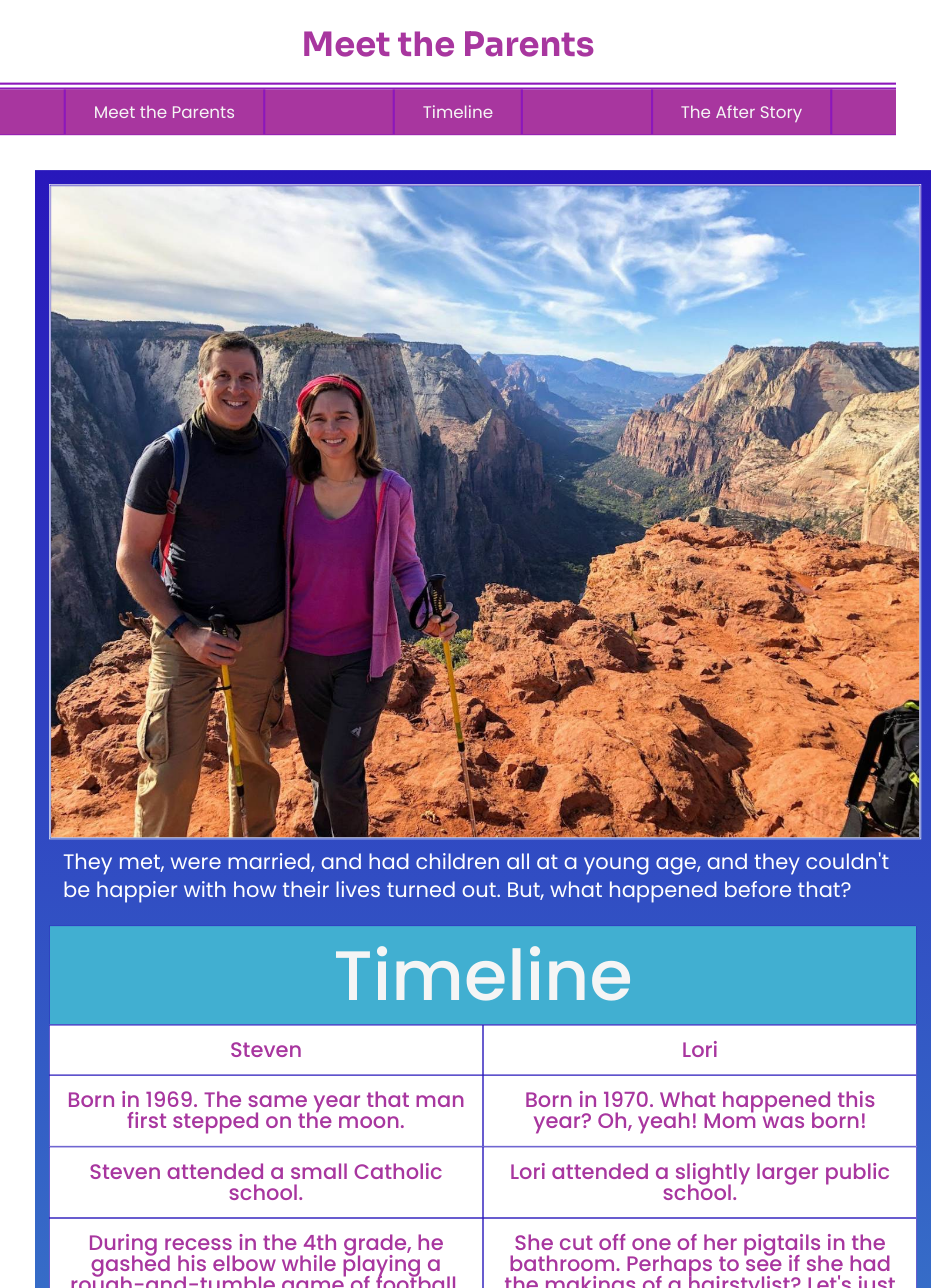
Repository: Sbethm/parents-tribute
Page: timeline.html
An editor plug-in stored every save of this project. The page is shown before and after a run of saves, followed by the edit.
The browser window is 1280 px wide. The page is 1330 px wide, so the pictures cover 1330 px, including what lies to the right of the window. The pictures show the part of the page from y = 0 to 1840 px (the page is 3088 px tall), at 70% of full size.

Above is the page before, as saved 2021-02-15 09:45:44.

### timeline.html
<!DOCTYPE html>
<html>
    <head>
      <meta charset="UTF-8">
      <title>Meet the Parents</title>
      <meta name="description" content="A choose your own story adventure game">
      <meta name="viewport" content="width=device-width, initial-scale=1.0">
      <link rel="preconnect" href="https://fonts.gstatic.com">
      <link href="https://fonts.googleapis.com/css2?family=Poppins:ital,wght@0,400;0,500;0,600;0,700;0,800;0,900;1,400;1,500;1,600;1,700;1,800;1,900&family=Sora:wght@400;500;600;700;800&display=swap" rel="stylesheet"> <!--
        This is used for headings:
        font-family: 'Sora', sans-serif;
        This is used for content:
        font-family: 'Poppins', sans-serif;-->
      <link href="style.css" type="text/css" rel="stylesheet">
    </head>

    <body>

      <header>
        <h1>Meet the Parents</h1>
        <nav class="navigation">
          <a href="index.html">Meet the Parents</a>
          <a href="timeline.html">Timeline</a>
          <a href="aftermarriage.html">The After Story</a>
          </nav>
      </header>
      <main>
        <section>
            <img class="img-hiking"src="img/hiking.jpg" alt="Mom and dad enjoying a hike.">
            <p>They met, were married, and had children all at a young age, and they couldn't be happier with how their lives turned out. But, what happened before that?</p>
        </section>
        <div class="grid">
            <div class="grid-box tl">Timeline</div>
            <div class="grid-box dad">Steven</div>
            <div class="grid-box mom">Lori</div>
            <!---------Dad's Grid Boxes---------->
            <div class="grid-box f-1">Born in 1969. The same year that man  first stepped on the moon.</div>
            <div class="grid-box f-2">Steven attended a small Catholic school.</div>
            <div class="grid-box f-3">During recess in the 4th grade, he gashed his elbow while playing a rough-and-tumble game of football. This resulted in four stitches (for a nine year old that’s a lot of stitches!)</div>
            <div class="grid-box f-4">When he was thirteen, he camped in the backyard and stayed up all night.</div>
            <div class="grid-box f-5">He ran his first high school track meet, the 100 yard dash, and won third place. For the first track meet, that's not too shabby!</div>
            <div class="grid-box f-6">He was in a car accident, "not his fault", which lead to more stitches but this time in his forehead. Because of this, he had to sit out his senior year homecoming football game.</div>
            <div class="grid-box f-7">Having the lead role as Jesus during my high school senior year. It was the first annual Easter Passion play the school performed.</div>
            <div class="grid-box f-8">I remember a dream I had where I met a beautiful girl, at a homecoming dance, who I eventually married and we had two terrific kids who eventually married and gave me two more kids to enjoy time with.</div>
            <!---------Mom's Grid Boxes---------->
            <div class="grid-box m-1">Born in 1970. What happened this year? Oh, yeah! Mom was born!</div>
            <div class="grid-box m-2">Lori attended a slightly larger public school.</div>
            <div class="grid-box m-3">She cut off one of her pigtails in the bathroom. Perhaps to see if she had the makings of a hairstylist? Let's just say, this career path ended here.</div>
            <div class="grid-box m-4">She had skied half of a bunny slope when she realized this daredevil sport wasn't for her.</div>
            <div class="grid-box m-5">She performed the lead role in a junior high school play.</div>
            <div class="grid-box m-6">After a white knuckled horse ride in the Appalachians, she discovered that she was not meant to lead a life of adventure</div>
            <div class="grid-box m-7">made camps with her cousins in the Ritchie woods.</div>
            <div class="grid-box m-8">made camps with her cousins in the Ritchie woods.</div>
            <!--------After They Met Boxes------->
            <div class="grid-box fm-1">Met in ____ when Steven was 21 and Lori was 19 years old.</div>
            <div class="grid-box fm-2">At the age of 21, Lori gave birth to Sarah (me!).</div>
            <div class="grid-box fm-3">One year later (obviously not satisfied with their first child) Lori and Steven had their second child, a son named John.</div>
        </div>
      </main>
      <footer>
        <img class="icon" src="img/profile_icon.png" alt="profile icon">
        Sarah Moosa
        <br><br>
        <img class="icon" src="img/home_icon.png" alt="home icon">
        Meet the Parents
      </footer>
    </body>

</html>

### style.css
/*
html5doctor.com Reset Stylesheet
v1.6.1
Last Updated: 2010-09-17
Author: Richard Clark - http://richclarkdesign.com
Twitter: @rich_clark
*/

html, body, div, span, object, iframe,
h1, h2, h3, h4, h5, h6, p, blockquote, pre,
abbr, address, cite, code,
del, dfn, em, img, ins, kbd, q, samp,
small, strong, sub, sup, var,
b, i,
dl, dt, dd, ol, ul, li,
fieldset, form, label, legend,
table, caption, tbody, tfoot, thead, tr, th, td,
article, aside, canvas, details, figcaption, figure,
footer, header, hgroup, menu, nav, section, summary,
time, mark, audio, video {
    margin:0;
    padding:0;
    border:0;
    outline:0;
    font-size:100%;
    vertical-align:baseline;
    background:transparent;
}

body {
    line-height:1;
}

article,aside,details,figcaption,figure,
footer,header,hgroup,menu,nav,section {
    display:block;
}

nav ul {
    list-style:none;
}

blockquote, q {
    quotes:none;
}

blockquote:before, blockquote:after,
q:before, q:after {
    content:'';
    content:none;
}

a {
    margin:0;
    padding:0;
    font-size:100%;
    vertical-align:baseline;
    background:transparent;
}

/* change colours to suit your needs */
ins {
    background-color:#ff9;
    color:#000;
    text-decoration:none;
}

/* change colours to suit your needs */
mark {
    background-color:#ff9;
    color:#000;
    font-style:italic;
    font-weight:bold;
}

del {
    text-decoration: line-through;
}

abbr[title], dfn[title] {
    border-bottom:1px dotted;
    cursor:help;
}

table {
    border-collapse:collapse;
    border-spacing:0;
}

/* change border colour to suit your needs */
hr {
    display:block;
    height:1px;
    border:0;
    border-top:1px solid #cccccc;
    margin:1em 0;
    padding:0;
}

input, select {
    vertical-align:middle;
}

/* MY CODE BELOW */

body {
    width: 100vw;
    position: absolute;
}

main {
    width: calc(100vw - 40px);
    height: 100%;
    padding: 20px 20px;
    background-color: rgb(255, 255, 255);
}

header {
    width: 100vw;
    padding-top: 40px;
    color: rgb(168, 54, 159);
    background-color: rgb(255, 255, 255);
    display: flex;
    flex-direction: column;
    justify-content: center;
}

h1 {
    width: 100%;
    font-family: 'Sora', sans-serif;
    font-size: 3em;
    font-weight: 700;
    text-align: center;
    border-bottom: double 10px rgb(140, 23, 187);
    padding-bottom: 30px;
}

.navigation {
    width: 100%;
    background-color: rgb(168, 54, 159);
    text-align: center;
    border-bottom: solid 1px rgb(140, 23, 187);
    display: flex;
    flex-direction: row;
    justify-content: space-around;
}

a {
    padding: 20px 7px;
    background-color: rgb(168, 54, 159);
    font-family: 'Poppins', sans-serif;
    font-size: 1em;
    color: whitesmoke;
    text-decoration: none;
    border-left: solid 1px rgb(140, 23, 187);
    border-right: solid 1px rgb(140, 23, 187);
}

a:hover {
    background-color: wheat;
}

section {
    width: 100%;
    background-color: rgb(65, 175, 209);
    border: solid 1px rgb(40, 23, 187);
}

h2 {
    max-width: 100%;
    padding: 10px 20px;
    font-family: 'Sora', sans-serif;
    font-size: 1.5em;
    font-weight: 600;
    color: rgb(168, 54, 159);
}

.disney-adventure__img,
.img-sitting,
.img-hiking {
    max-width: 100%;
    height: auto;
    justify-content: center;
    align-content: center;
    border-top: solid 3px whitesmoke;
    border-bottom: solid 3px whitesmoke;
}

p {
    padding: 10px 20px;
    font-family: 'Poppins', sans-serif;
    font-size: 1em;
    line-height: 20px;
    color: rgb(255, 255, 255);
}

.grid {
    display: grid;
    margin: 20px 0;
    grid-template-columns: 1fr 1fr;
    grid-template-rows: repeat(13, fit-content);
    grid-template-areas:
        "tl tl"
        "dad mom"
        "f-1 m-1"
        "f-2 m-2"
        "f-3 m-3"
        "f-4 m-4"
        "f-5 m-5"
        "f-6 m-6"
        "f-7 m-7"
        "f-8 m-8"
        "fm-1 fm-1"
        "fm-2 fm-2"
        "fm-3 fm-3";
}

.grid-box {
    border: solid 1px rgb(40, 23, 187);
    background-color: rgb(255, 255, 255);
    padding: 5px;
    color: rgb(168, 54, 159);
    text-align: center;
    font-family: 'Poppins', sans-serif;
    font-weight: 500;
    font-size: 1em;
}

.tl {
    grid-area: tl;
    font-size: 1.5em;
    font-weight: 500;
    color: whitesmoke;
    background-color: rgb(65, 175, 209);
}
.dad {
    grid-area: dad;
}

.mom {
    grid-area: mom;
}

.f-1 {
    grid-area: f-1;
}

.f-2 {
    grid-area: f-2;

}

.f-3 {
    grid-area: f-3;

}

.f-4 {
    grid-area: f-4;

}

.f-5 {
    grid-area: f-5;

}

.f-6 {
    grid-area: f-6;

}

.f-7 {
    grid-area: f-7;

}

.f-8 {
    grid-area: f-8;

}

.m-1 {
    grid-area: m-1;
}

.m-2 {
    grid-area: m-2;
}

.m-3 {
    grid-area: m-3;
}

.m-4 {
    grid-area: m-4;
}

.m-5 {
    grid-area: m-5;
}

.m-6 {
    grid-area: m-6;
}

.m-7 {
    grid-area: m-7;
}

.m-8 {
    grid-area: m-8;
}

.fm-1 {
    grid-area: fm-1;
}

.fm-2 {
    grid-area: fm-2;
}

.fm-3 {
    grid-area: fm-3;
}

footer {
    width: calc(100vw - 40px);
    height: 100px;
    padding: 40px 20px 0 20px;
    position: relative;
    bottom: 0;
    font-family: 'Poppins', sans-serif;
    font-size: 1em;
    font-weight: 500;
    border: solid 1px rgb(40, 23, 187);
}

.icon {
    width: 20px;
    height: auto;
}


@media screen and (min-width: 700px) and (max-width: 899px) {

    main {

        background-image: linear-gradient(180deg, rgb(40, 23, 187), rgb(65, 175, 209));
    }

    a {
        padding: 20px 40px;
        font-size: 1.5em;
        border-left: solid 3px rgb(140, 23, 187);
        border-right: solid 3px rgb(140, 23, 187);
    }

    p {
        padding: 0;
        font-family: 'Poppins', sans-serif;
        font-size: 0.25em;
        line-height: 20px;
        color: rgb(255, 255, 255);
    }

    section {
        width: 100%;
        background-color: rgb(40, 23, 187, 0);
        border: none;
    }

    .section__intro {
        display: grid;
        grid-template-columns: 50% 50%;
        grid-template-rows: 100px 400px;
        grid-template-areas:
            "title p1"
            "picture p2";
    }

    section h2 {
        grid-area: title;
        align-self: center;
        justify-self: center;
    }

    h2 {
        font-size: 2.5em;
        color: rgb(243, 101, 231);
    }

    .img-sitting {
        max-height: 360px;
        margin-bottom: 20px;
        border: double 3px whitesmoke;
        grid-area: picture;
        justify-self: center;
        align-self: center;
    }

    .p1 {
        align-self: flex-start;
        grid-area: p2;
        font-size: 1.5em;
        padding-left: 40px;
    }

    .p2 {
        align-self: flex-end;
        grid-area: p2;
        font-size: 1.5em;
        padding-left: 40px;
        padding-bottom: 30px;
    }

    p {
        padding: 10px 20px;
        font-family: 'Poppins', sans-serif;
        font-size: 30px;
        line-height: 40px;
        color: rgb(255, 255, 255);
    }

/*TIMELINE CODE*/

.img-hiking {
    border: double 3px whitesmoke;
}

    .grid {
        display: grid;
        margin: 20px 0;
        grid-template-columns: 1fr 1fr;
        grid-template-rows: repeat(13, fit-content);
        grid-template-areas:
            "tl tl"
            "dad mom"
            "f-1 m-1"
            "f-2 m-2"
            "f-3 m-3"
            "f-4 m-4"
            "f-5 m-5"
            "f-6 m-6"
            "f-7 m-7"
            "f-8 m-8"
            "fm-1 fm-1"
            "fm-2 fm-2"
            "fm-3 fm-3";
    }

    .grid-box {
        border: solid 1px rgb(40, 23, 187);
        background-color: rgb(255, 255, 255);
        padding: 20px;
        color: rgb(168, 54, 159);
        text-align: center;
        font-family: 'Poppins', sans-serif;
        font-weight: 500;
        font-size: 30px;
    }

    .tl {
        grid-area: tl;
        font-size: 100px;
        font-weight: 500;
        color: whitesmoke;
        background-color: rgb(65, 175, 209);
    }
    .dad {
        grid-area: dad;
    }

    .mom {
        grid-area: mom;
    }

    .f-1 {
        grid-area: f-1;
    }

    .f-2 {
        grid-area: f-2;

    }

    .f-3 {
        grid-area: f-3;

    }

    .f-4 {
        grid-area: f-4;

    }

    .f-5 {
        grid-area: f-5;

    }

    .f-6 {
        grid-area: f-6;

    }

    .f-7 {
        grid-area: f-7;

    }

    .f-8 {
        grid-area: f-8;

    }

    .m-1 {
        grid-area: m-1;
    }

    .m-2 {
        grid-area: m-2;
    }

    .m-3 {
        grid-area: m-3;
    }

    .m-4 {
        grid-area: m-4;
    }

    .m-5 {
        grid-area: m-5;
    }

    .m-6 {
        grid-area: m-6;
    }

    .m-7 {
        grid-area: m-7;
    }

    .m-8 {
        grid-area: m-8;
    }

    .fm-1 {
        grid-area: fm-1;
    }

    .fm-2 {
        grid-area: fm-2;
    }

    .fm-3 {
        grid-area: fm-3;
    }

    footer {
        width: calc(100vw - 40px);
        height: 200px;
        padding: 40px 20px 0 20px;
        position: absolute;
        bottom: 0;
        font-family: 'Poppins', sans-serif;
        font-size: 1em;
        font-weight: 500;
        border: solid 1px rgb(40, 23, 187);
    }

    .icon {
        width: 40px;
        height: auto;
    }
}

@media screen and (min-width: 900px) and (max-width: 2000px) {

    main {
        max-width: 100vw;
        margin: 50px 50px 0 50px;
        background-image: linear-gradient(180deg, rgb(40, 23, 187), rgb(65, 175, 209));
    }

    a {
        padding: 20px 40px;
        font-size: 1.5em;
        border-left: solid 3px rgb(140, 23, 187);
        border-right: solid 3px rgb(140, 23, 187);
    }

    p {
        padding: 0;
        font-family: 'Poppins', sans-serif;
        font-size: 0.25em;
        line-height: 20px;
        color: rgb(255, 255, 255);
    }

    section {
        width: 100%;
        background-color: rgb(40, 23, 187, 0);
        border: none;
    }

    .section__intro {
        max-width: 100%;
        display: grid;
        grid-template-columns: 100%;
        grid-template-rows: 100px 400px repeat(2, 100px);
        grid-template-areas:
            "title"
            "picture"
            "p1"
            "p2";
    }

    section h2 {
        grid-area: title;
        align-self: center;
        justify-self: center;
    }

    h2 {
        font-size: 2.5em;
        color: rgb(243, 101, 231);
    }

    .img-sitting {
        max-height: 360px;
        margin-bottom: 20px;
        border: double 3px whitesmoke;
        grid-area: picture;
        justify-self: center;
        align-self: center;
    }

    .p1 {
        align-self: flex-start;
        grid-area: p2;
        font-size: 1.5em;
        padding-left: 40px;
    }

    .p2 {
        align-self: flex-end;
        grid-area: p2;
        font-size: 1.5em;
        padding-left: 40px;
        padding-bottom: 30px;
    }

    p {
        padding: 10px 20px;
        font-family: 'Poppins', sans-serif;
        font-size: 30px;
        line-height: 40px;
        color: rgb(255, 255, 255);
    }

/*TIMELINE CODE*/

.img-hiking {
    border: double 3px whitesmoke;
}

    .grid {
        display: grid;
        margin: 20px 0;
        grid-template-columns: 1fr 1fr;
        grid-template-rows: repeat(13, fit-content);
        grid-template-areas:
            "tl tl"
            "dad mom"
            "f-1 m-1"
            "f-2 m-2"
            "f-3 m-3"
            "f-4 m-4"
            "f-5 m-5"
            "f-6 m-6"
            "f-7 m-7"
            "f-8 m-8"
            "fm-1 fm-1"
            "fm-2 fm-2"
            "fm-3 fm-3";
    }

    .grid-box {
        border: solid 1px rgb(40, 23, 187);
        background-color: rgb(255, 255, 255);
        padding: 20px;
        color: rgb(168, 54, 159);
        text-align: center;
        font-family: 'Poppins', sans-serif;
        font-weight: 500;
        font-size: 30px;
    }

    .tl {
        grid-area: tl;
        font-size: 100px;
        font-weight: 500;
        color: whitesmoke;
        background-color: rgb(65, 175, 209);
    }
    .dad {
        grid-area: dad;
    }

    .mom {
        grid-area: mom;
    }

    .f-1 {
        grid-area: f-1;
    }

    .f-2 {
        grid-area: f-2;

    }

    .f-3 {
        grid-area: f-3;

    }

    .f-4 {
        grid-area: f-4;

    }

    .f-5 {
        grid-area: f-5;

    }

    .f-6 {
        grid-area: f-6;

    }

    .f-7 {
        grid-area: f-7;

    }

    .f-8 {
        grid-area: f-8;

    }

    .m-1 {
        grid-area: m-1;
    }

    .m-2 {
        grid-area: m-2;
    }

    .m-3 {
        grid-area: m-3;
    }

    .m-4 {
        grid-area: m-4;
    }

    .m-5 {
        grid-area: m-5;
    }

    .m-6 {
        grid-area: m-6;
    }

    .m-7 {
        grid-area: m-7;
    }

    .m-8 {
        grid-area: m-8;
    }

    .fm-1 {
        grid-area: fm-1;
    }

    .fm-2 {
        grid-area: fm-2;
    }

    .fm-3 {
        grid-area: fm-3;
    }

    footer {
        width: calc(100vw - 40px);
        height: 200px;
        padding: 40px 20px 0 20px;
        position: absolute;
        bottom: 0;
        font-family: 'Poppins', sans-serif;
        font-size: 1em;
        font-weight: 500;
        border: solid 1px rgb(40, 23, 187);
    }

    .icon {
        width: 40px;
        height: auto;
    }
}

After the next 3 saves:
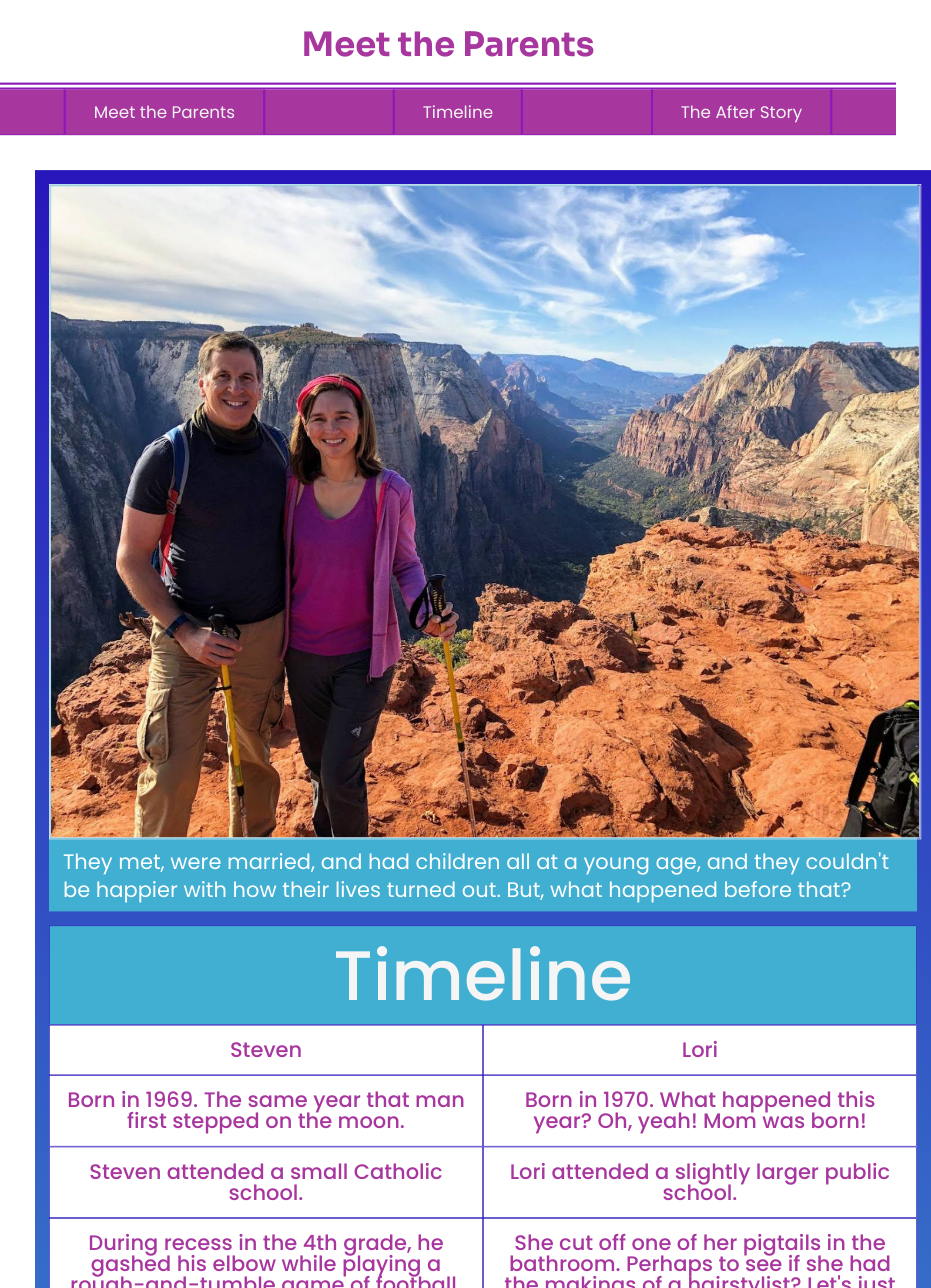
The 3 saves are shown as one change because they came seconds apart.
The last was saved 8 s later.
--- a/style.css
+++ b/style.css
@@ -600,7 +600,7 @@ footer {
     }
 
     section {
-        width: 100%;
+        width: calc()
         background-color: rgb(40, 23, 187, 0);
         border: none;
     }
